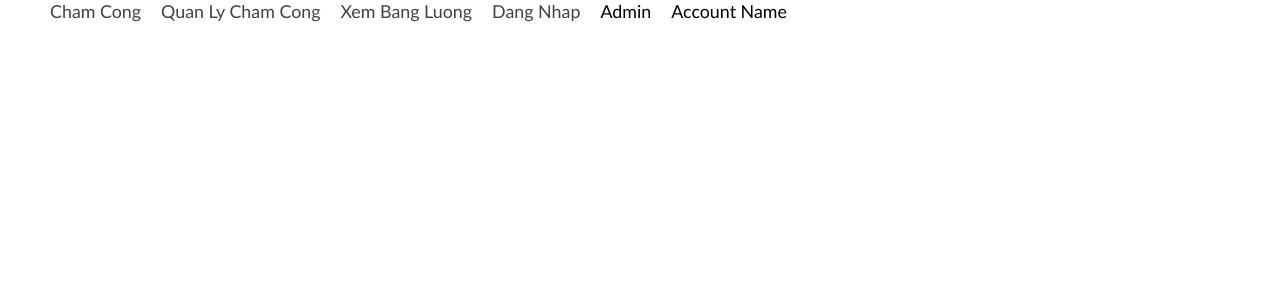
Repository: LDDUNG2003/a
Page: index.html
An editor plug-in stored every save of this project. The page is shown before and after the next save, followed by the edit.
The browser window is 1280 px wide. The pictures show the whole page.

Above is the page before, as saved 2023-10-13 23:42:43.

### index.html
<!DOCTYPE html>
<html lang="en">

<head>
    <meta charset="UTF-8">
    <meta name="viewport" content="width=device-width, initial-scale=1.0">
    <title>trang chu</title>
    <link rel="stylesheet" href="./controlView/css/base.css">
    <link rel="stylesheet" href="./controlView/css/index.css">
</head>

<body>
    <div class="main">
        <!-- start header -->
        <header class="app__header">
            <nav class="navBar">
                <ul class="navBar-list">
                    <li class="navBar--items"><a href="" class="navbar--link">Cham cong</a></li>
                    <li class="navBar--items"><a href="" class="navbar--link">Quan ly cham cong</a></li>
                    <li class="navBar--items">
                        <a href="" class="navbar--link">Xem bang luong</a></li>
                    <!-- login  -->
                    <li class="navBar--items">
                        <a href="" class="navbar--link">dang nhap</a></li>
                    <!-- admin menu -->
                    <li class="navBar--items">
                        admin
                        <ul class="account-list">
                            <li class="account--item"><a href="" class="navbar--link">admin</a></li>
                            <li class="account--item"><a href="" class="navbar--link">quan li nhan su</a></li>
                            <li class="account--item"><a href="" class="navbar--link">dang xuat</a></li>
                        </ul>
                    </li>
                    <!-- personnel menu -->
                    <li class="navBar--items">
                        account name
                        <ul class="account-list">
                            <li class="account--item"><a href="" class="navbar--link">cai dat tai khoan</a></li>
                            <li class="account--item"><a href="" class="navbar--link">dang ki ca lam</a></li>
                            <li class="account--item"><a href="" class="navbar--link">dang xuat</a></li>
                        </ul>
                    </li>
                </ul>
            </nav>
        </header>
        <!-- end header -->

        <!-- start content -->
        <div class="app__content">

        </div>
        <!-- end content -->
    </div>
</body>

</html>

### controlView/css/base.css
:root {
    --primary-color: #0066cc;
    --text-color: #414141;
}

* {
    padding: 0px;
    margin: 0px;
    font-family: 'Trebuchet MS', 'Lucida Sans Unicode', 'Lucida Grande', 'Lucida Sans', Arial, sans-serif;
}

html,
body {
    font-size: 0.62rem;
}

.main {}

.app__header {
    width: 100%;
}

.navBar {
    width: 100%;
    max-width: 1200px;
    margin: auto;
    cursor: pointer;
}

.navBar-list {
    display: flex;
    list-style: none;
}

.navBar--items {
    padding: 0px 10px;
    font-size: 1.8rem;
    position: relative;
    text-transform: capitalize;
}

.navbar--link {
    color: var(--text-color);
    text-decoration: none;
}

.account-list {
    position: absolute;
    width: 150px;
    display: none;
    list-style: none;
    padding: 4px;
    box-shadow: #414141;
    border: solid 5px var(--primary-color);
}

.navBar--items:hover .account-list {
    display: block;
}

.account--item {
    padding: 5px 0px;
    border-bottom: solid 1px #ccc;
}

Loaded but not shown: controlView/css/index.css (no stored copy; drawn as an empty file)

After the next save:
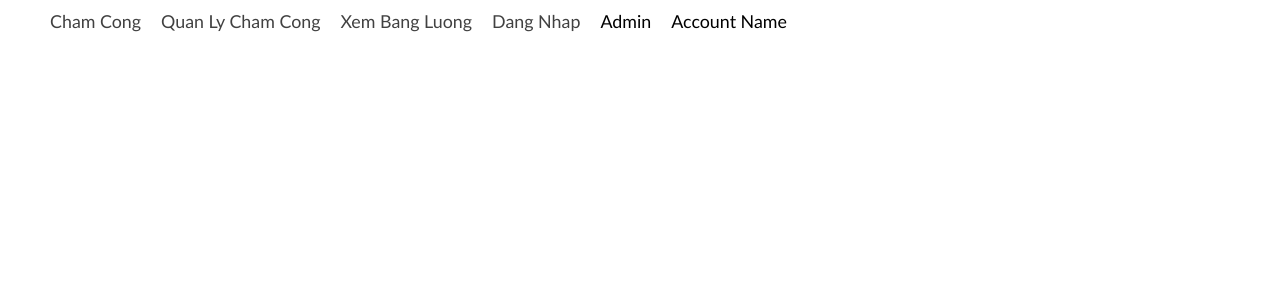
Saved 55 s later.
--- a/controlView/css/base.css
+++ b/controlView/css/base.css
@@ -18,6 +18,7 @@ body {
 
 .app__header {
     width: 100%;
+    padding: 10px 0px;
 }
 
 .navBar {
